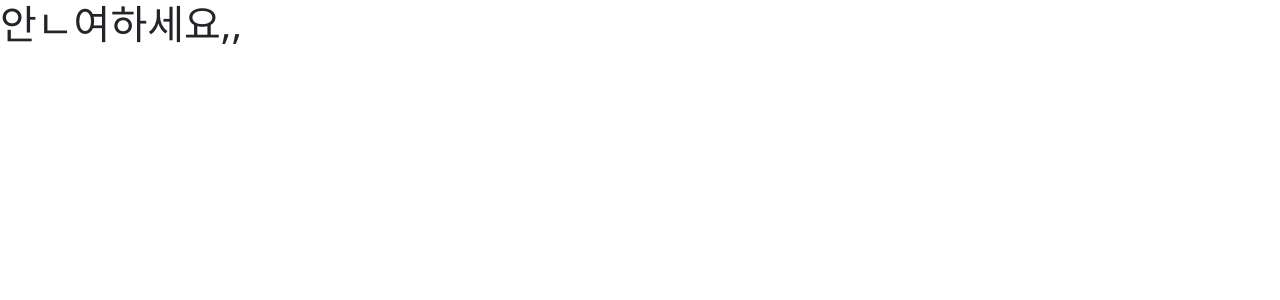
Repository: laonmiku/jsp
Page: http://localhost/ex01/
The author's editor kept a copy of each file at every save. The page is drawn from the files as they stood at one save, then again after the next save.
The browser window is 1280 px wide. The pictures show the whole page.
The page is served by Tomcat 9. Other server files are loaded and not shown.

Above is the page before, as saved 2024-04-29 01:43:23.

### ex01/src/main/webapp/home.jsp
<%@ page language="java" contentType="text/html; charset=UTF-8"
    pageEncoding="UTF-8"%>
<!DOCTYPE html>
<html>
<head>
<script src="https://cdn.jsdelivr.net/npm/bootstrap@5.3.3/dist/js/bootstrap.bundle.min.js" integrity="sha384-YvpcrYf0tY3lHB60NNkmXc5s9fDVZLESaAA55NDzOxhy9GkcIdslK1eN7N6jIeHz" crossorigin="anonymous"></script>
<link href="https://cdn.jsdelivr.net/npm/bootstrap@5.3.3/dist/css/bootstrap.min.css" rel="stylesheet" integrity="sha384-QWTKZyjpPEjISv5WaRU9OFeRpok6YctnYmDr5pNlyT2bRjXh0JMhjY6hW+ALEwIH" crossorigin="anonymous">
<meta charset="UTF-8">
<title>홈페이지</title>
</head>
<body>
	<h1>안ㄴ여하세요,,</h1>

</body>
</html>

### ex01/src/main/java/controller/IndexServlet.java
package controller;

import java.io.IOException;

import javax.servlet.RequestDispatcher;
import javax.servlet.ServletException;
import javax.servlet.annotation.WebServlet;
import javax.servlet.http.HttpServlet;
import javax.servlet.http.HttpServletRequest;
import javax.servlet.http.HttpServletResponse;


@WebServlet("/")
public class IndexServlet extends HttpServlet {
	private static final long serialVersionUID = 1L;


	protected void doGet(HttpServletRequest request, HttpServletResponse response) throws ServletException, IOException {
		System.out.println("/.............");
		RequestDispatcher dis = request.getRequestDispatcher("/home.jsp");
		dis.forward(request, response);
	}


	protected void doPost(HttpServletRequest request, HttpServletResponse response) throws ServletException, IOException {


	}

}

After the next save:
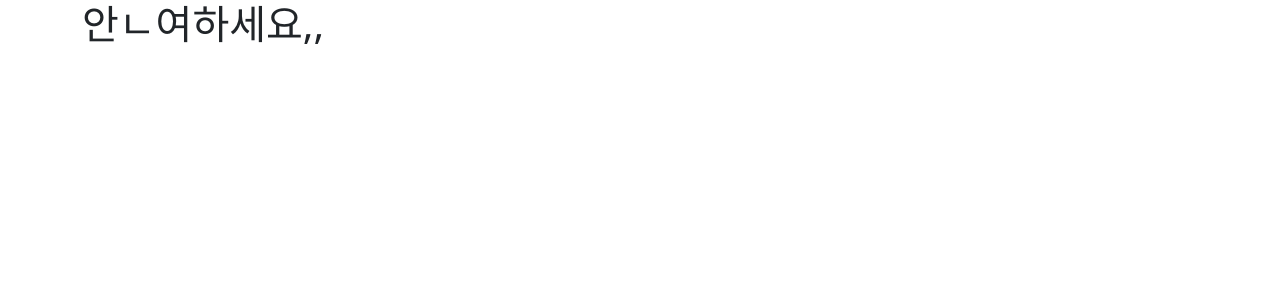
Saved 87 s later.
--- a/ex01/src/main/webapp/home.jsp
+++ b/ex01/src/main/webapp/home.jsp
@@ -9,7 +9,11 @@
 <title>홈페이지</title>
 </head>
 <body>
-	<h1>안ㄴ여하세요,,</h1>
+	<div class="container">
+		<h1>안ㄴ여하세요,,</h1>
+
+
+	</div>
 
 </body>
 </html>
